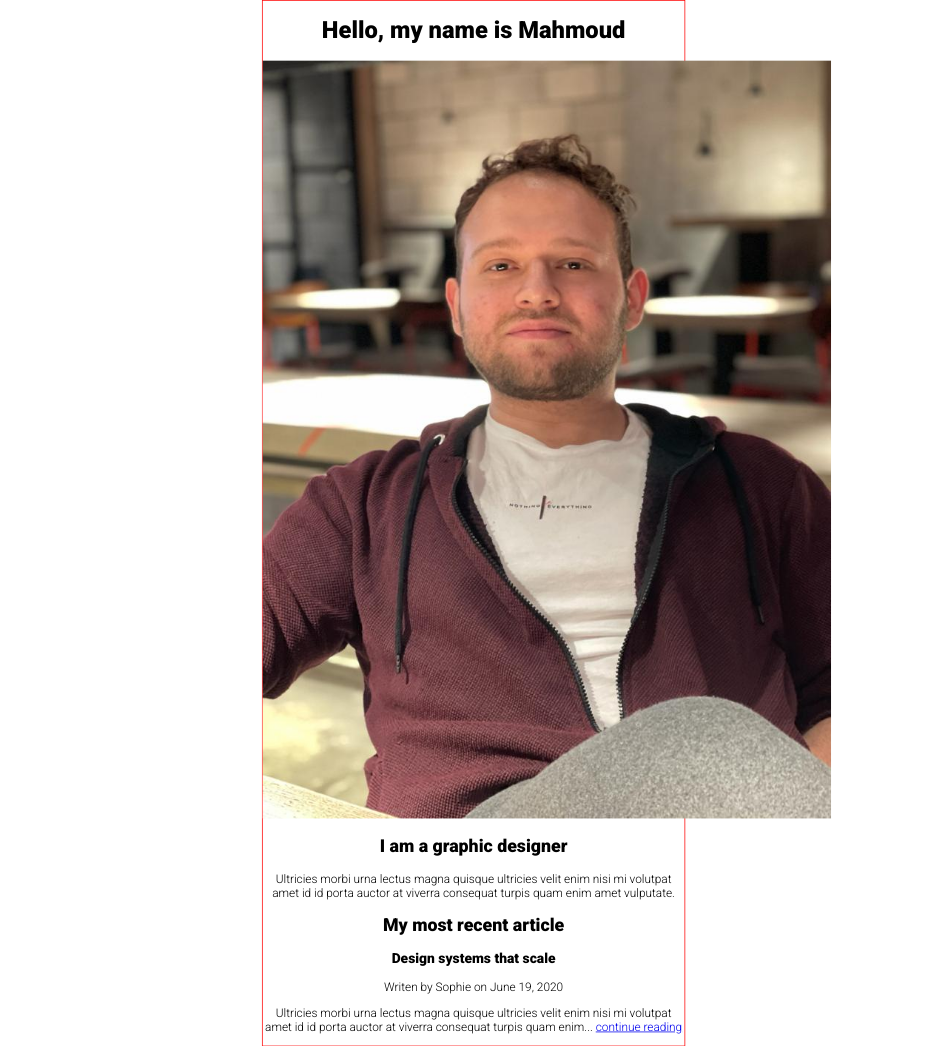
Repository: Doumham-Armah/portfolio
Page: index.html
The author's editor kept a copy of each file at every save. The page is drawn from the files as they stood at one save, then again after the next save.
The browser window is 1280 px wide. The pictures show the whole page, at 74% of full size.

Above is the page before, as saved 2021-08-16 23:07:39.

After the next save:
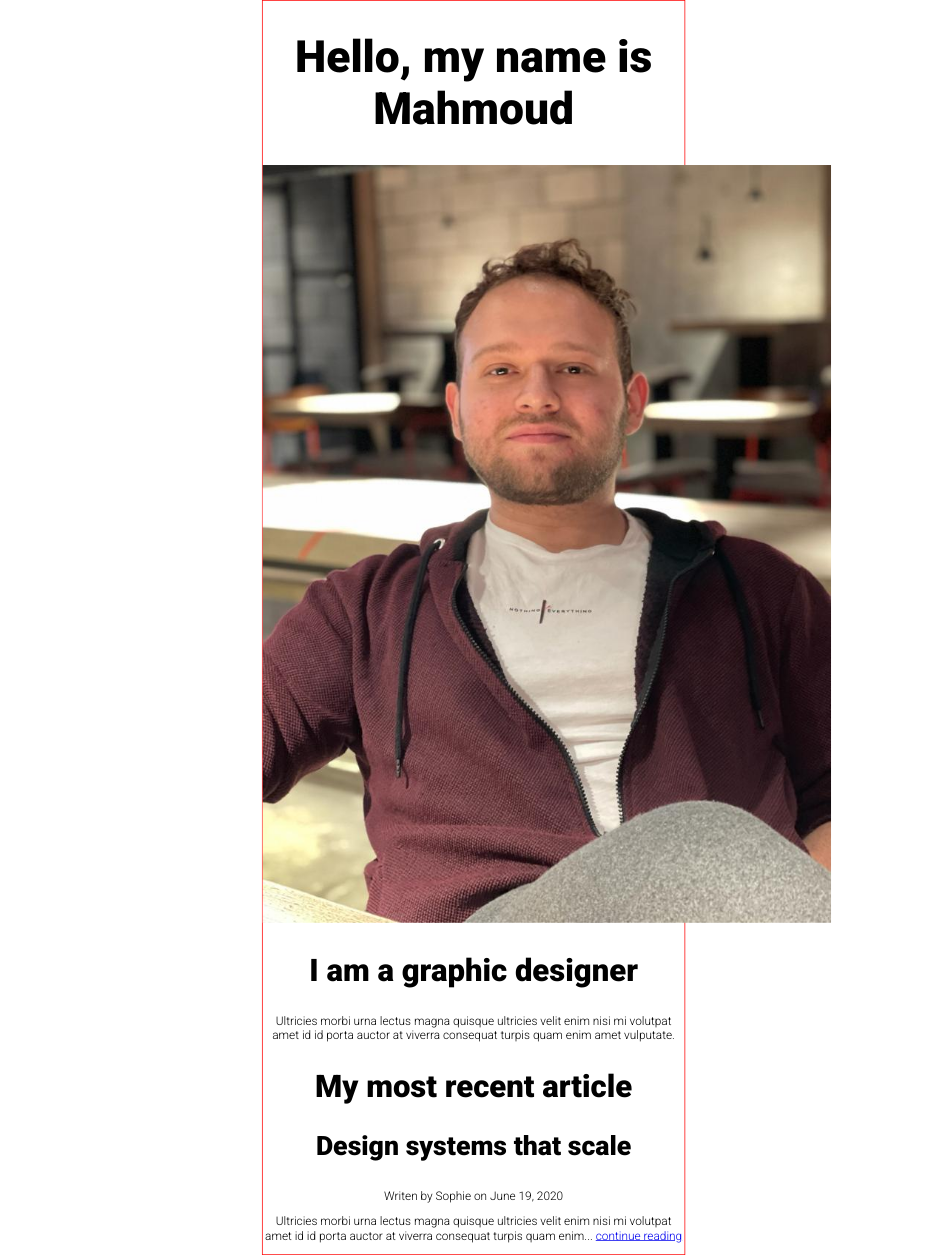
Saved 44 s later.
--- a/style.css
+++ b/style.css
@@ -9,3 +9,15 @@ body {
   text-align: center;
   font-family: "Roboto", sans-serif;
 }
+
+h1 {
+  font-size: 3.75rem;
+}
+
+h2 {
+  font-size: 2.625rem;
+}
+
+h3 {
+  font-size: 2.25rem;
+}
